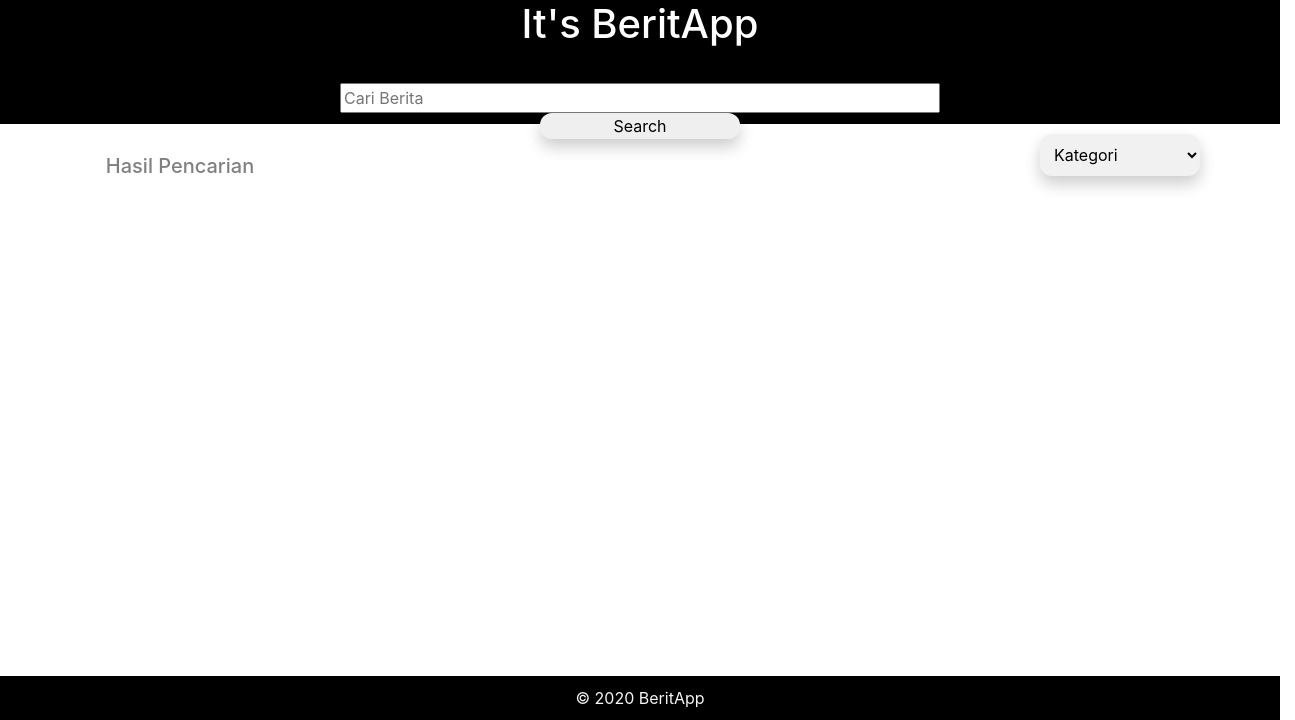
Repository: faalihnst/berita
Page: /
The author's editor kept a copy of each file at every save. The page is drawn from the files as they stood at one save, then again after the next save.
The browser window is 1280 px wide. The page is 1280 px wide, then 1295 px, so the pictures cover 1295 px, including what lies to the right of the window. The pictures show the whole page.
The project was rebuilt for these pictures with package versions that can differ from the ones it lists, and the page was loaded fresh each time.

Above is the page before, as saved 2020-06-05 07:41:48.

After the next save:
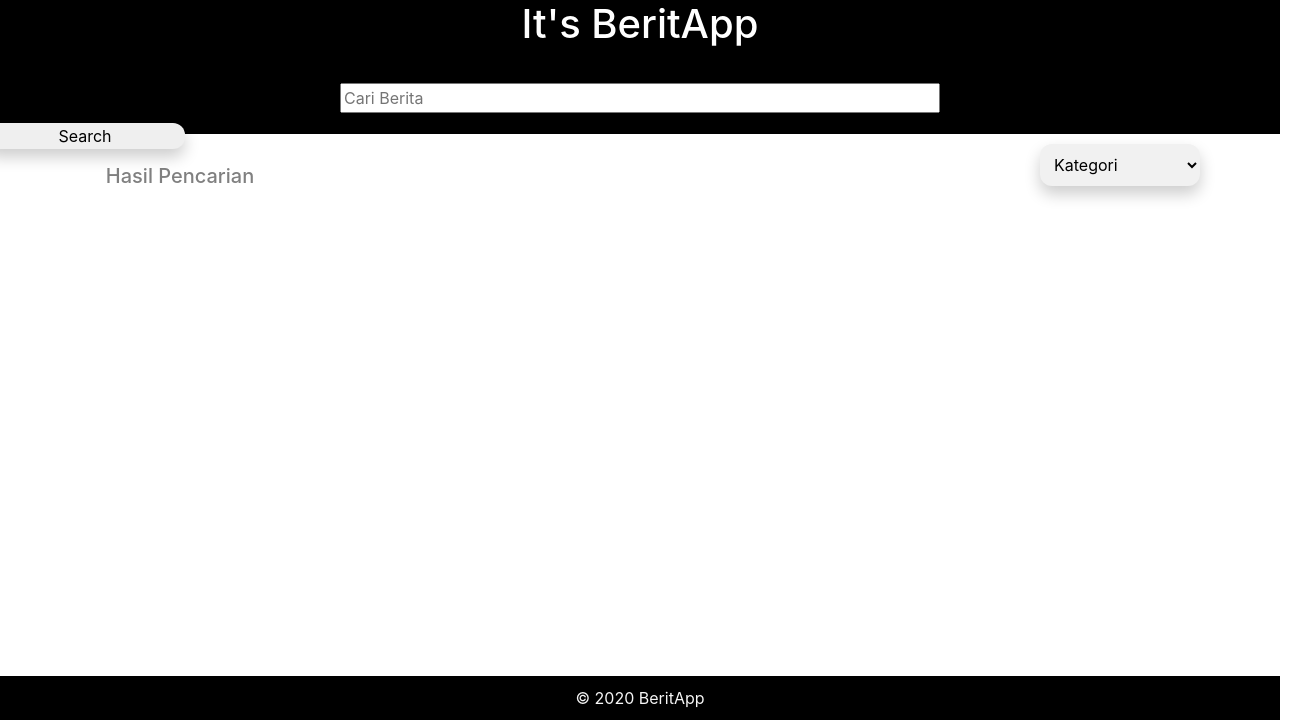
Saved 21 s later.
--- a/src/pages/homepage.js
+++ b/src/pages/homepage.js
@@ -125,7 +125,7 @@ export default function Homepage() {
               </div>
             </div>
           </div>
-          <div className="col-xs-1 text-center">
+          <div className="row col-xs-1 text-center">
             <input
               type="button"
               className="button col-xs-1 text-center"
